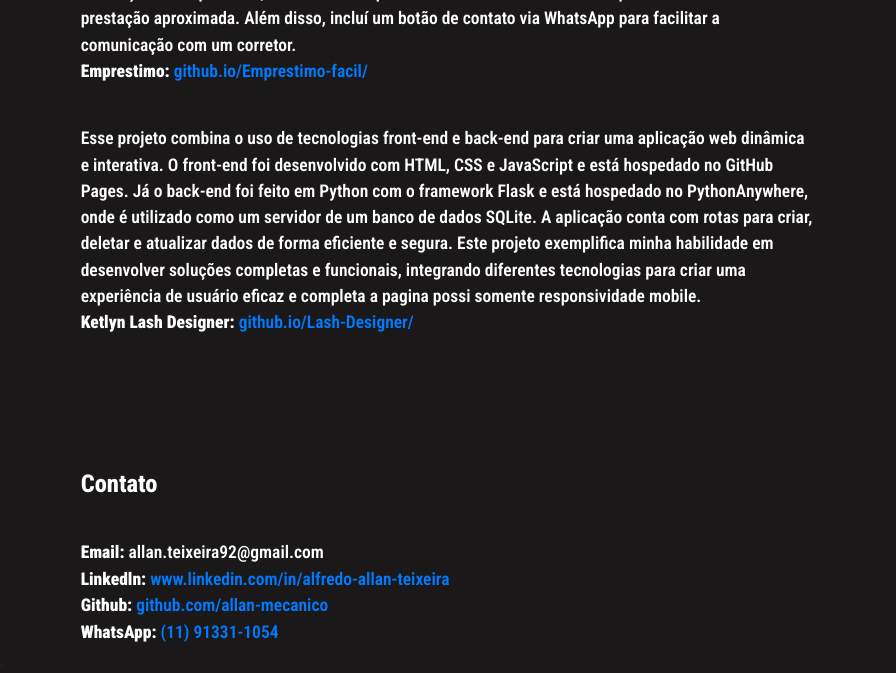
Repository: alfredo-allan/Portfolio
Page: index.html
An editor plug-in stored every save of this project. The page is shown before and after a run of saves, followed by the edit.
The browser window is 1280 px wide. The pictures show the part of the page from y = 2304 to 4224 px (the page is 3265 px tall before and 4224 px after), at 70% of full size.

Above is the page before, as saved 2024-05-26 18:38:53.

After the next 2 saves:
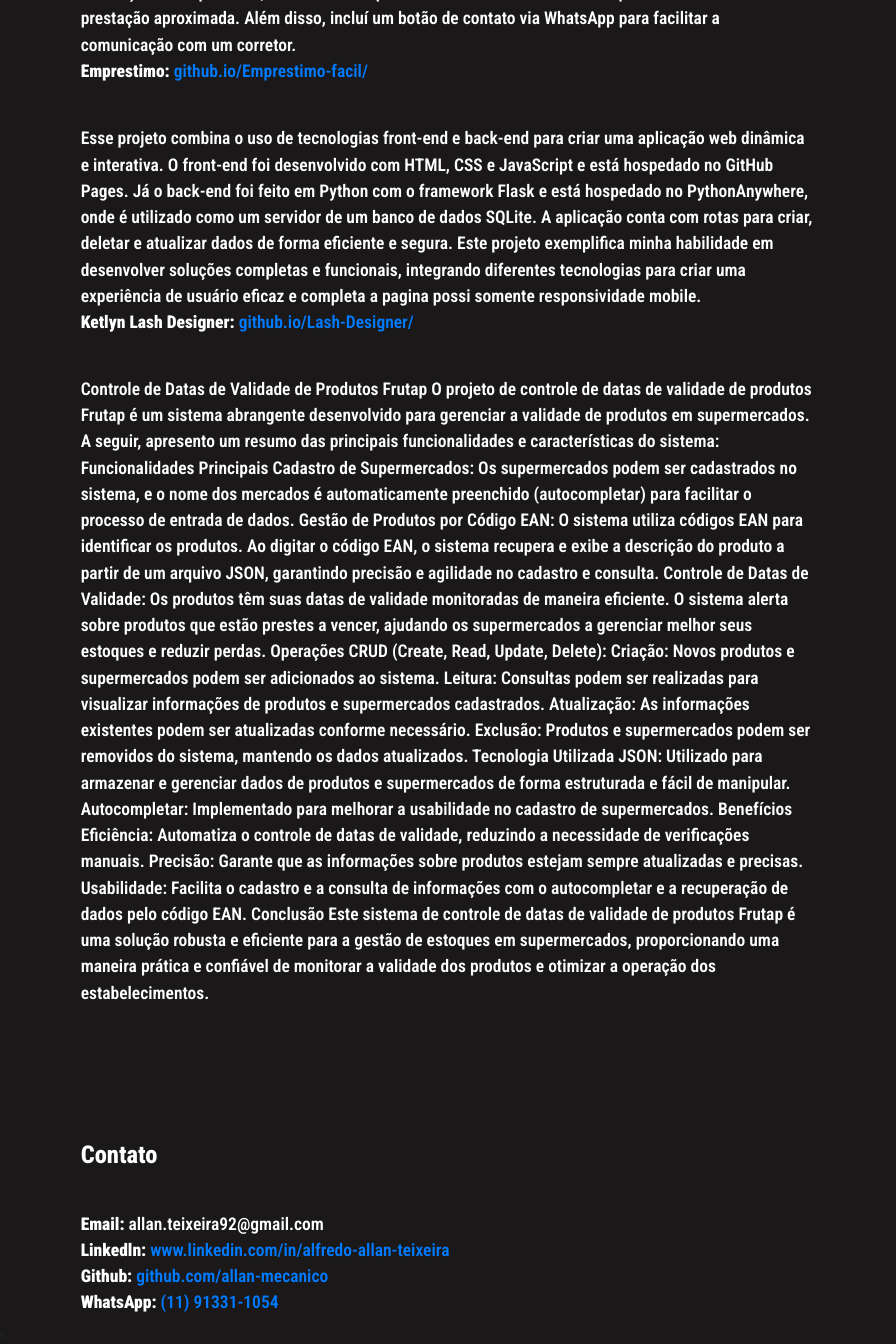
The 2 saves are shown as one change because they came seconds apart.
The last was saved 7 min 40 s later.
--- a/index.html
+++ b/index.html
@@ -89,22 +89,56 @@
         </a>
       </p>
       <p>
-        Esse projeto combina o uso de tecnologias
-        front-end e back-end para criar uma aplicação web dinâmica e interativa.
-        O front-end foi desenvolvido com HTML, CSS e JavaScript e está hospedado
-        no GitHub Pages. Já o back-end foi feito em Python com o framework Flask
-        e está hospedado no PythonAnywhere, onde é utilizado como um servidor de
-        um banco de dados SQLite. A aplicação conta com rotas para criar,
-        deletar e atualizar dados de forma eficiente e segura. Este projeto
-        exemplifica minha habilidade em desenvolver soluções completas e
-        funcionais, integrando diferentes tecnologias para criar uma experiência
-        de usuário eficaz e completa a pagina possi somente responsividade mobile. <br />
+        Esse projeto combina o uso de tecnologias front-end e back-end para
+        criar uma aplicação web dinâmica e interativa. O front-end foi
+        desenvolvido com HTML, CSS e JavaScript e está hospedado no GitHub
+        Pages. Já o back-end foi feito em Python com o framework Flask e está
+        hospedado no PythonAnywhere, onde é utilizado como um servidor de um
+        banco de dados SQLite. A aplicação conta com rotas para criar, deletar e
+        atualizar dados de forma eficiente e segura. Este projeto exemplifica
+        minha habilidade em desenvolver soluções completas e funcionais,
+        integrando diferentes tecnologias para criar uma experiência de usuário
+        eficaz e completa a pagina possi somente responsividade mobile. <br />
         <strong>Ketlyn Lash Designer:</strong
         ><a href="https://allan-mecanico.github.io/Lash-Designer/">
           github.io/Lash-Designer/
         </a>
       </p>
-      <p></p>
+      <p>
+        Controle de Datas de Validade de Produtos Frutap O projeto de controle
+        de datas de validade de produtos Frutap é um sistema abrangente
+        desenvolvido para gerenciar a validade de produtos em supermercados. A
+        seguir, apresento um resumo das principais funcionalidades e
+        características do sistema: Funcionalidades Principais Cadastro de
+        Supermercados: Os supermercados podem ser cadastrados no sistema, e o
+        nome dos mercados é automaticamente preenchido (autocompletar) para
+        facilitar o processo de entrada de dados. Gestão de Produtos por Código
+        EAN: O sistema utiliza códigos EAN para identificar os produtos. Ao
+        digitar o código EAN, o sistema recupera e exibe a descrição do produto
+        a partir de um arquivo JSON, garantindo precisão e agilidade no cadastro
+        e consulta. Controle de Datas de Validade: Os produtos têm suas datas de
+        validade monitoradas de maneira eficiente. O sistema alerta sobre
+        produtos que estão prestes a vencer, ajudando os supermercados a
+        gerenciar melhor seus estoques e reduzir perdas. Operações CRUD (Create,
+        Read, Update, Delete): Criação: Novos produtos e supermercados podem ser
+        adicionados ao sistema. Leitura: Consultas podem ser realizadas para
+        visualizar informações de produtos e supermercados cadastrados.
+        Atualização: As informações existentes podem ser atualizadas conforme
+        necessário. Exclusão: Produtos e supermercados podem ser removidos do
+        sistema, mantendo os dados atualizados. Tecnologia Utilizada JSON:
+        Utilizado para armazenar e gerenciar dados de produtos e supermercados
+        de forma estruturada e fácil de manipular. Autocompletar: Implementado
+        para melhorar a usabilidade no cadastro de supermercados. Benefícios
+        Eficiência: Automatiza o controle de datas de validade, reduzindo a
+        necessidade de verificações manuais. Precisão: Garante que as
+        informações sobre produtos estejam sempre atualizadas e precisas.
+        Usabilidade: Facilita o cadastro e a consulta de informações com o
+        autocompletar e a recuperação de dados pelo código EAN. Conclusão Este
+        sistema de controle de datas de validade de produtos Frutap é uma
+        solução robusta e eficiente para a gestão de estoques em supermercados,
+        proporcionando uma maneira prática e confiável de monitorar a validade
+        dos produtos e otimizar a operação dos estabelecimentos.
+      </p>
     </div>
     <div id="Contato">
       <h2>Contato</h2>
